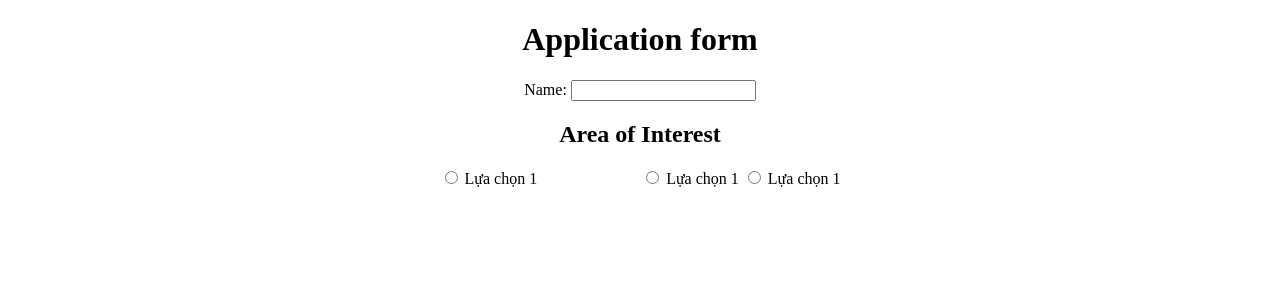
Repository: thanhp6868/ltWeb
Page: 2709_3.html
These files come from the project's save history. The page is drawn as it stood at one moment and after the next save; the edit follows.
The browser window is 1280 px wide. The pictures show the whole page.

Above is the page before, as saved 2023-09-27 14:49:36.

After the next save:
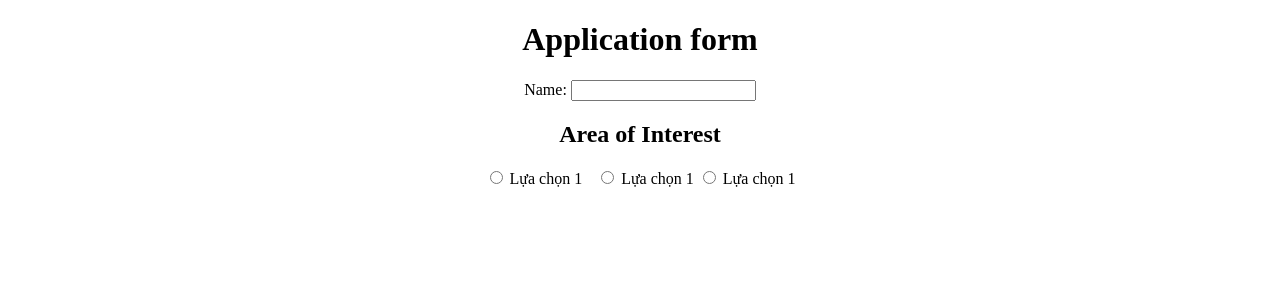
Saved 5 s later.
--- a/2709_3.html
+++ b/2709_3.html
@@ -19,7 +19,7 @@
         </div>
         <h2> Area of Interest</h2>
         <input type="radio" id="choice1" name="choice" value="option1">
-        <label for="choice1" style="padding-right: 100px;">Lựa chọn 1</label>
+        <label for="choice1" style="padding-right: 10px;">Lựa chọn 1</label>
         <input type="radio" id="choice1" name="choice" value="option1">
         <label for="choice1">Lựa chọn 1</label>
         <input type="radio" id="choice1" name="choice" value="option1">
